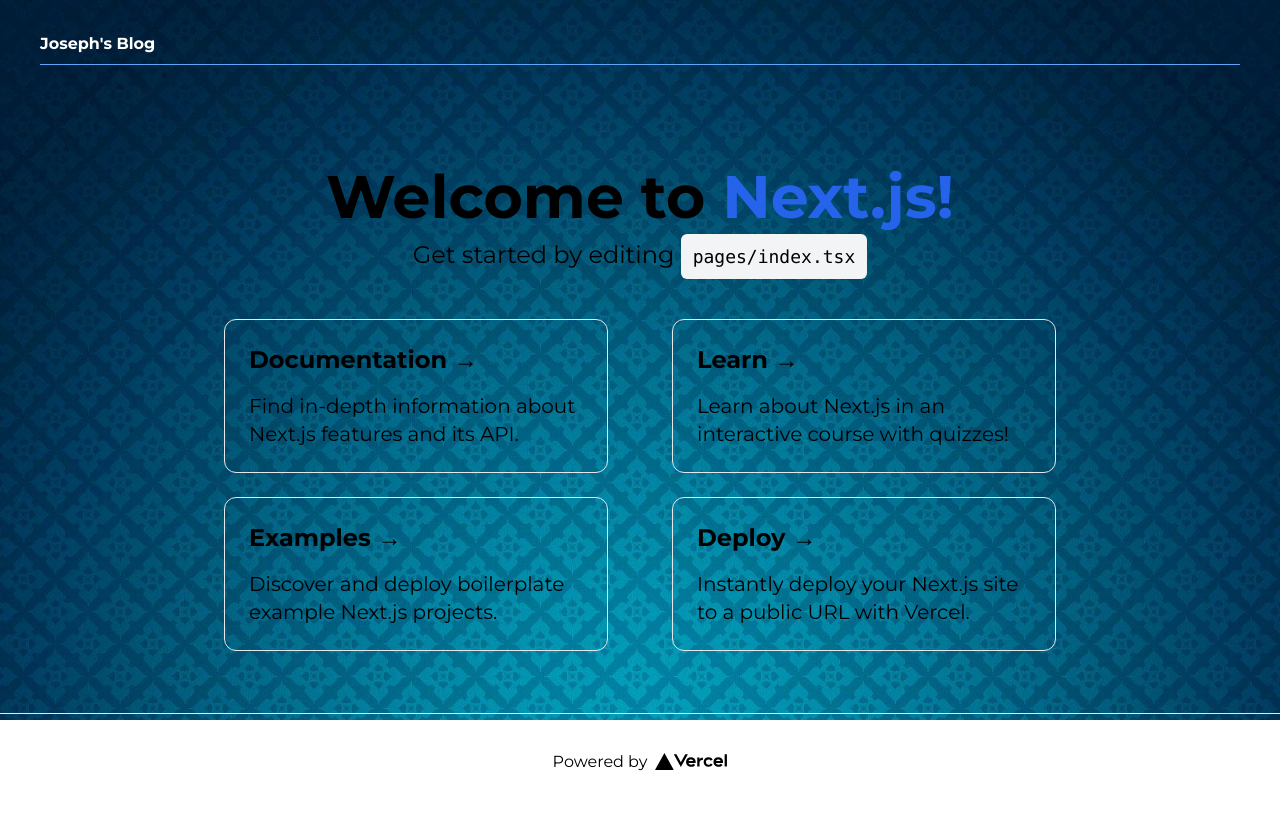
Repository: Josephdiaz99/NextBlogWithGraphCMS
Page: /
These files come from the project's save history. The page is drawn as it stood at one moment and after the next save; the edit follows.
The browser window is 1280 px wide. The pictures show the whole page.
The page's requests for data from a server got no answer. The project was rebuilt for these pictures with package versions that can differ from the ones it lists, and the page was loaded fresh each time. The framework's server and built-in components were replaced by stand-ins that run in the browser. No one was signed in, and anything a server would have sent is missing. Also part of the build but not shown: next.config.js, components/PostCard.jsx, components/Categories.jsx, components/PostWidget.jsx, components/Comments.jsx, components/CommentsForm.jsx, components/Author.jsx, components/PostDetail.jsx and 2 more.

Above is the page before, as saved 2022-07-04 10:14:02.

After the next save:
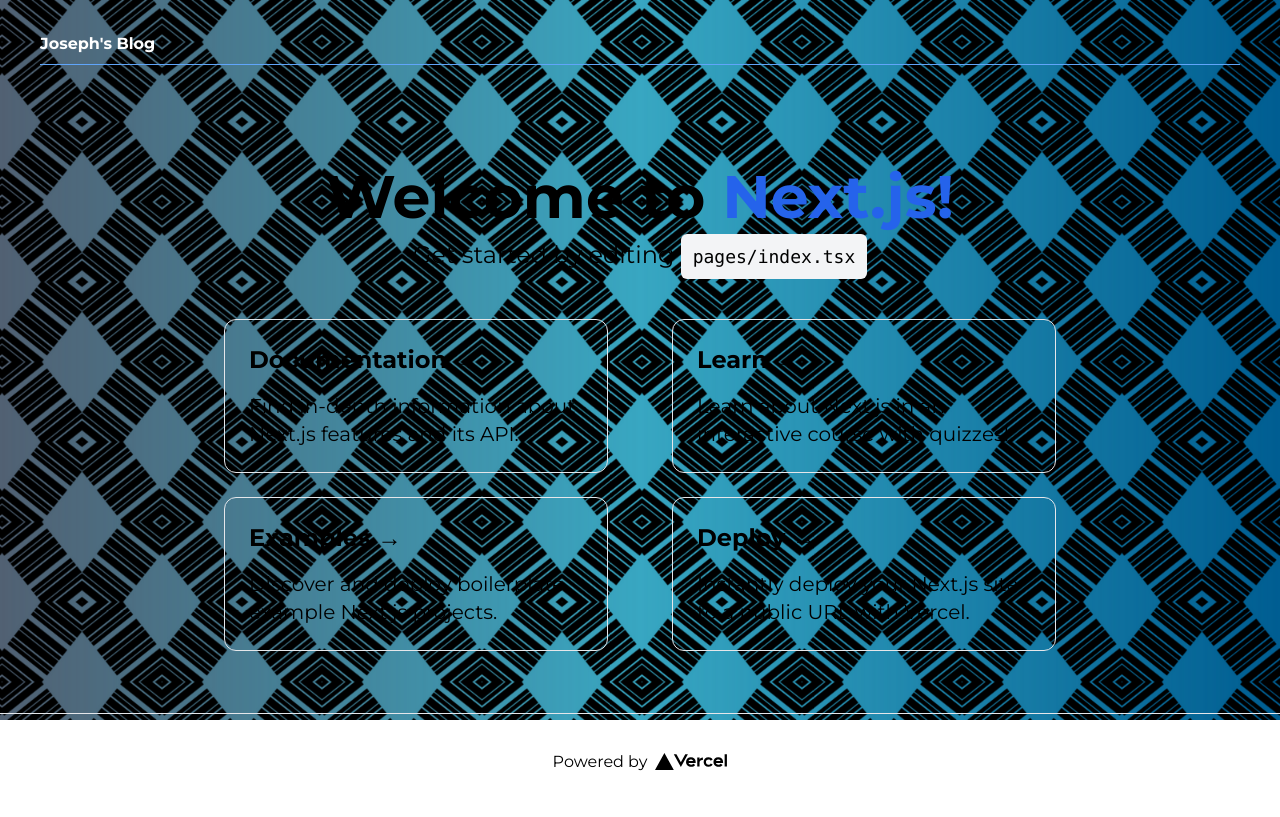
Saved 7 min 1 s later.
--- a/styles/globals.scss
+++ b/styles/globals.scss
@@ -16,7 +16,7 @@
     height: 100vh;
     /* background: linear-gradient(to right bottom, #6d327c, #485DA6, #00a1ba, #01b18e, #32b37b);
     background: #D3D3D3; */
-    background-image: url("../public/1.jpg");
+    background-image: url("../public/paper2b10.jpg");
     position: fixed;
     left: 0;
     top: 0;
